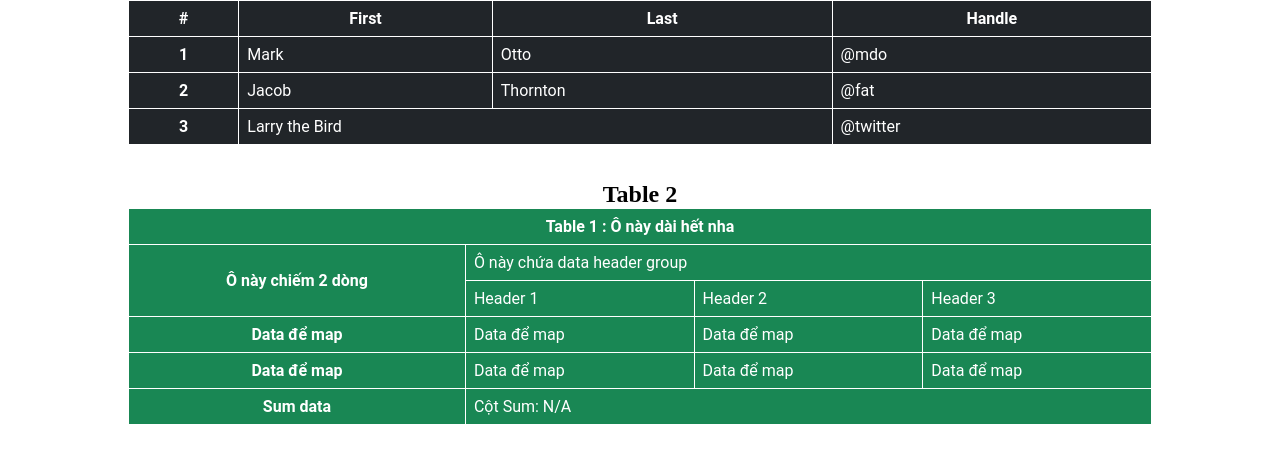
Repository: ThuatDev/BTVN_FE_JUNE
Page: index.html
An editor plug-in stored every save of this project. The page is shown before and after the next save, followed by the edit.
The browser window is 1280 px wide. The pictures show the whole page.

Above is the page before, as saved 2023-08-02 15:40:06.

After the next save:
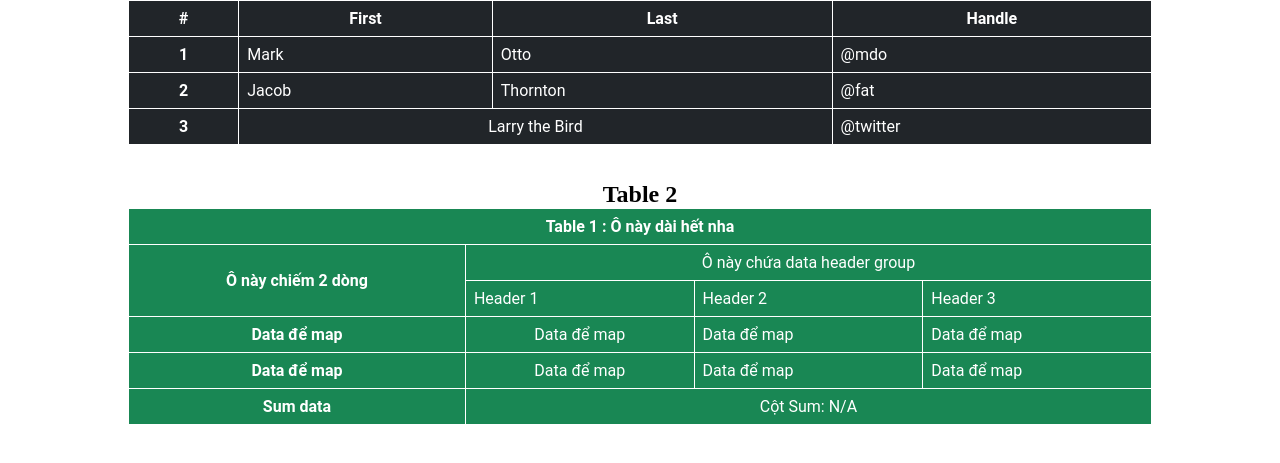
Saved 6 s later.
--- a/index.html
+++ b/index.html
@@ -108,6 +108,7 @@
       /* Đặt padding cho thẻ <td> có colspan */
       .table td[colspan] {
         padding: 8px;
+        text-align: center; /* Căn giữa văn bản trong ô có colspan */
       }
 
       /* Đặt padding cho thẻ <th> trong thead */
